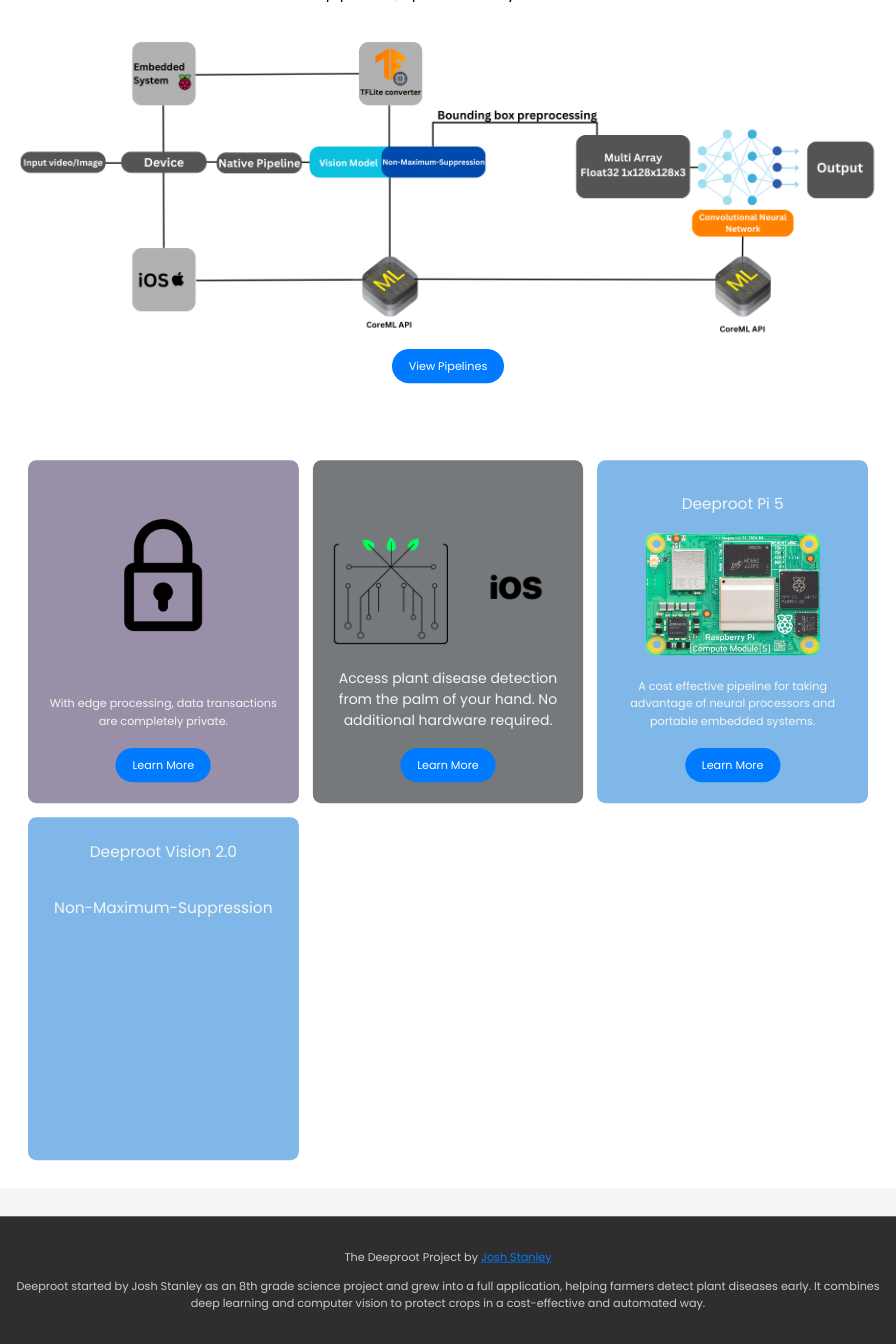
Repository: jss1118/The-Deeproot-Project
Page: Website/index.html
The author's editor kept a copy of each file at every save. The page is drawn from the files as they stood at one save, then again after the next save.
The browser window is 1280 px wide. The pictures show the part of the page from y = 1292 to 3212 px (the page is 3212 px tall), at 70% of full size.

Above is the page before, as saved 2025-03-21 20:22:18.

After the next save:
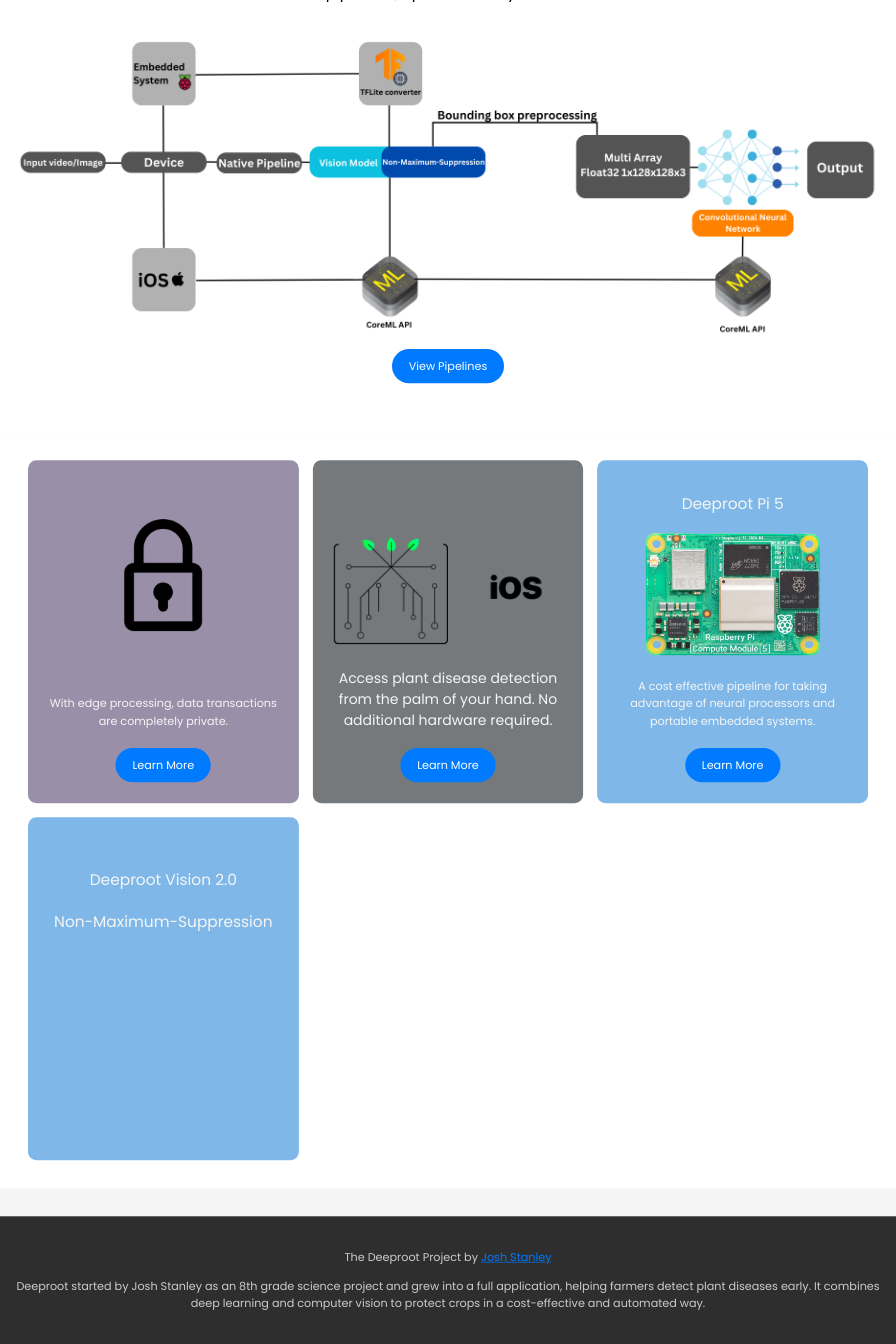
Saved 9 s later.
--- a/Website/index.html
+++ b/Website/index.html
@@ -70,7 +70,7 @@
     }
     .promo4title {
       font-size: 22px;
-      margin-bottom: 25px;
+      margin-bottom: 5px;
       position: relative;
       bottom: 300px;
     }
